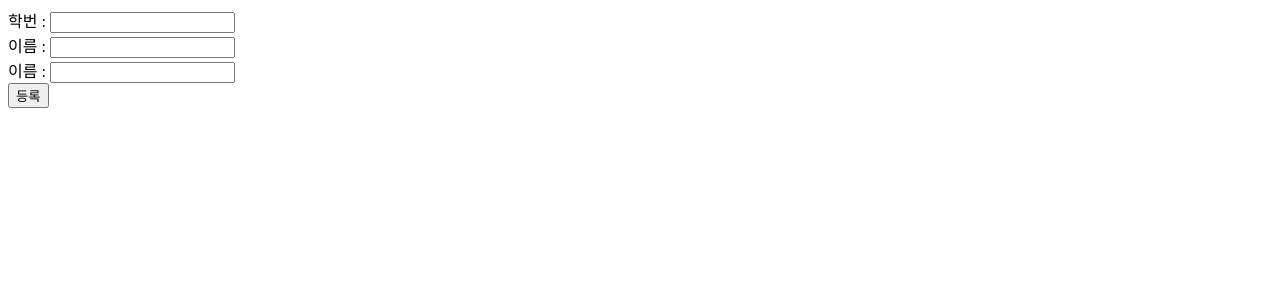
Repository: hyungryuk-zz/JAVA_CLASS
Page: http://localhost/JavaEEPrj/broker/resCustomer.jsp
The author's editor kept a copy of each file at every save. The page is drawn from the files as they stood at one save, then again after the next save.
The browser window is 1280 px wide. The pictures show the whole page.
The page is served by Tomcat 9. Other server files are loaded and not shown.

Above is the page before, as saved 2017-07-24 06:09:57.

### JavaEEPrj/WebContent/broker/resCustomer.jsp
<%@ page language="java" contentType="text/html; charset=UTF-8"
    pageEncoding="UTF-8"%>
<!DOCTYPE html PUBLIC "-//W3C//DTD HTML 4.01 Transitional//EN" "http://www.w3.org/TR/html4/loose.dtd">
<html>
<head>
<meta http-equiv="Content-Type" content="text/html; charset=UTF-8">
<title>Insert title here</title>
</head>
<body>
	<form method="POST" action="broker/">
		<input type="hidden" name="cmd" value ="resCustommer">
		학번 : <input type="number" name="ssn"><br>
		이름 : <input type="text" name = "name"><br>
		이름 : <input type="text" name = "addr"><br>
		<input type="submit" value="등록">
	</form>
</body>
</html>

After the next save:
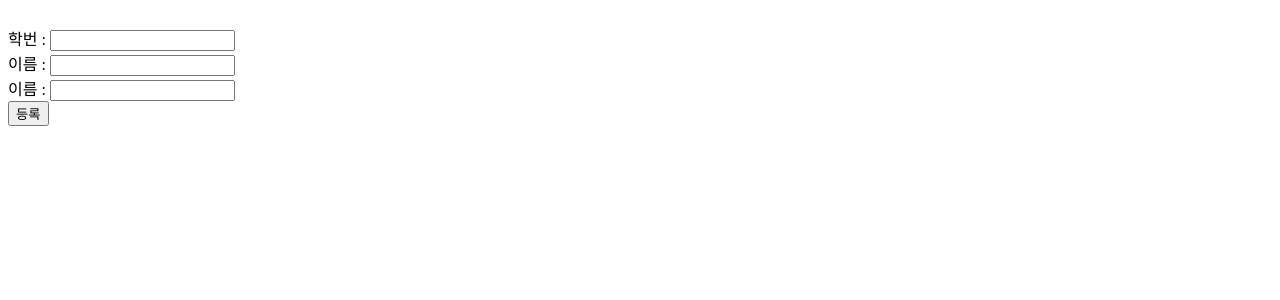
Saved 4 s later.
--- a/JavaEEPrj/WebContent/broker/resCustomer.jsp
+++ b/JavaEEPrj/WebContent/broker/resCustomer.jsp
@@ -8,7 +8,7 @@
 </head>
 <body>
 	<form method="POST" action="broker/">
-		<input type="hidden" name="cmd" value ="resCustommer">
+		<input type="hidden" name="cmd" value ="resCustommer"><br>
 		학번 : <input type="number" name="ssn"><br>
 		이름 : <input type="text" name = "name"><br>
 		이름 : <input type="text" name = "addr"><br>
